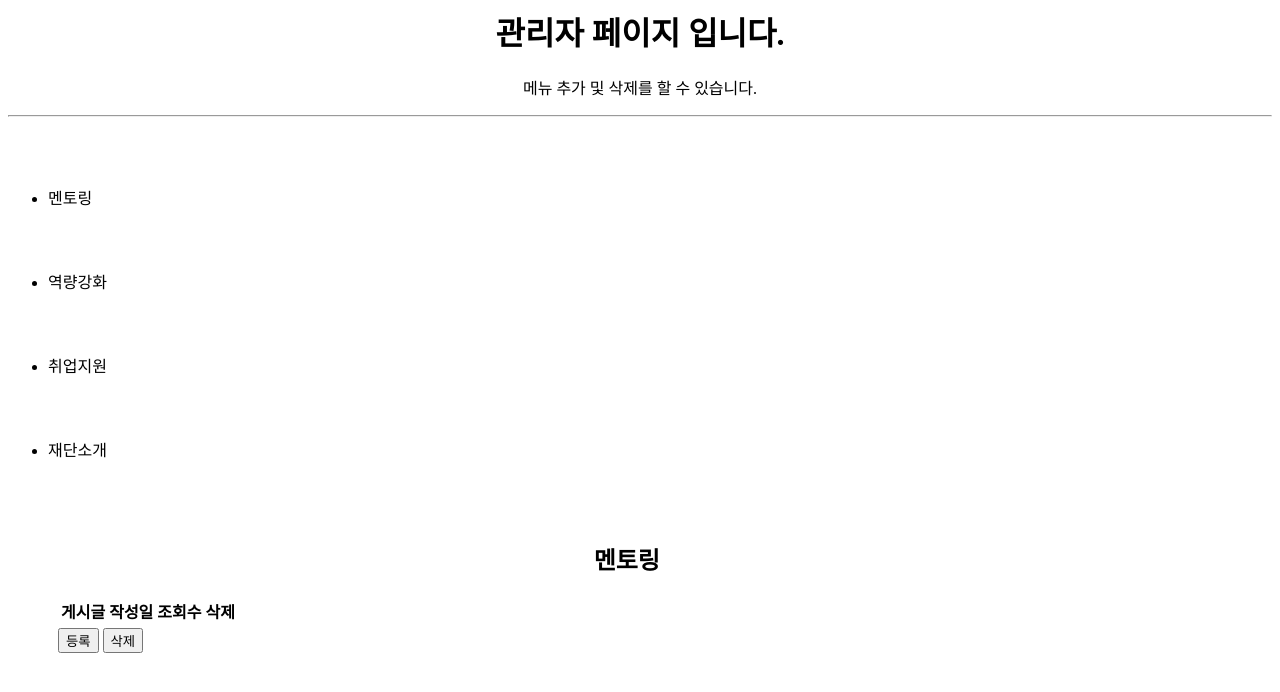
Repository: nywogud/promoPoli
Page: http://localhost/poli/WEB-INF/views/admin.jsp
An editor plug-in stored every save of this project. The page is shown before and after the next save, followed by the edit.
The browser window is 1280 px wide. The pictures show the whole page.
The page is served by Tomcat 9. Nobody is signed in. Other server files are loaded and not shown. The template is opened directly, without the code that normally fills it, so the values that code supplies are empty.

Above is the page before, as saved 2021-07-01 11:16:51.

### workspace/poli/src/main/webapp/WEB-INF/views/admin.jsp
<%@ page language="java" contentType="text/html; charset=UTF-8"
	pageEncoding="UTF-8"%>
<%@ taglib uri="http://java.sun.com/jsp/jstl/core" prefix="c"%>
<%@ page session="false"%>
<html>
<head>
<title>admin</title>
<script
	src="https://cdnjs.cloudflare.com/ajax/libs/jquery/3.3.1/jquery.min.js"></script>
<script>
	function adMento(postNum) {
		$.ajax({
			type : 'POST',
			url : '/adMento',
			success : function(result) {

				$("#convertAdPage").empty();
				$("#convertAdPage").append(result);
			},
			error : function(request, status, error) {

				alert("code:" + request.status + "\n" + "message:"
						+ request.responseText + "\n" + "error:" + error);
			}
		})
	}

	function adEmpower(postNum) {
		$.ajax({
			type : 'POST',
			url : '/adEmpower',
			success : function(result) {

				$("#convertAdPage").empty();
				$("#convertAdPage").append(result);
			},
			error : function(request, status, error) {

				alert("code:" + request.status + "\n" + "message:"
						+ request.responseText + "\n" + "error:" + error);
			}
		})
	}

	function adSupport(postNum) {
		$.ajax({
			type : 'POST',
			url : '/adSupport',
			success : function(result) {

				$("#convertAdPage").empty();
				$("#convertAdPage").append(result);
			},
			error : function(request, status, error) {

				alert("code:" + request.status + "\n" + "message:"
						+ request.responseText + "\n" + "error:" + error);
			}
		})
	}

	function adIntro(postNum) {
		$.ajax({
			type : 'POST',
			url : '/adIntro',
			success : function(result) {

				$("#convertAdPage").empty();
				$("#convertAdPage").append(result);
			},
			error : function(request, status, error) {

				alert("code:" + request.status + "\n" + "message:"
						+ request.responseText + "\n" + "error:" + error);
			}
		})
	}
</script>
<style>
ul.adUl>li>a {
	text-decoration: none;
	list-style: none;
	color: black;
}

ul.adUl>li {
	margin-top: 60px;
	margin-bottom: 60px;
}
</style>
</head>
<body>
	<div>
		<h1 style="text-align: center;">관리자 페이지 입니다.</h1>
		<p style="text-align: center;">메뉴 추가 및 삭제를 할 수 있습니다.</p>
	</div>
	<hr>
	<div>
		<span style="float: left;">
			<ul class="adUl">
				<li><a href="javascript:;" onclick="adMento();">멘토링</a></li>
				<li><a href="javascript:;" onclick="adEmpower();">역량강화</a></li>
				<li><a href="javascript:;" onclick="adSupport();">취업지원</a></li>
				<li><a href="javascript:;" onclick="adIntro();">재단소개</a></li>
			</ul>
		</span> <span style="float: left; padding-left: 50px; width: 90%;"
			id="convertAdPage">
			<h2 style="text-align: center;">멘토링</h2>
			<table>
				<th>게시글</th>
				<th>작성일</th>
				<th>조회수</th>
				<th>삭제</th>
				<tr>
					<form>
						<c:forEach var="post" items="${mento}">
							<td style="width: 50%;">${post.title}</td>
							<td style="width: 20%;">${post.regDate}</td>
							<td style="width: 20%;">${post.views}</td>
							<td style="width: 10%;"><label>삭제</label><input type="checkbox" name="deletePostNum" value="${post.postNum}"></td>
						</c:forEach>
				</tr>
			</table>
			<button onclick="" value="submit">등록</button>
			<!--모달창으로-->
			<button type="submit" value="submit">삭제</button>
			<!--삭제 ajax로-->
			</form>
		</span>
	</div>
</body>
</html>

After the next save:
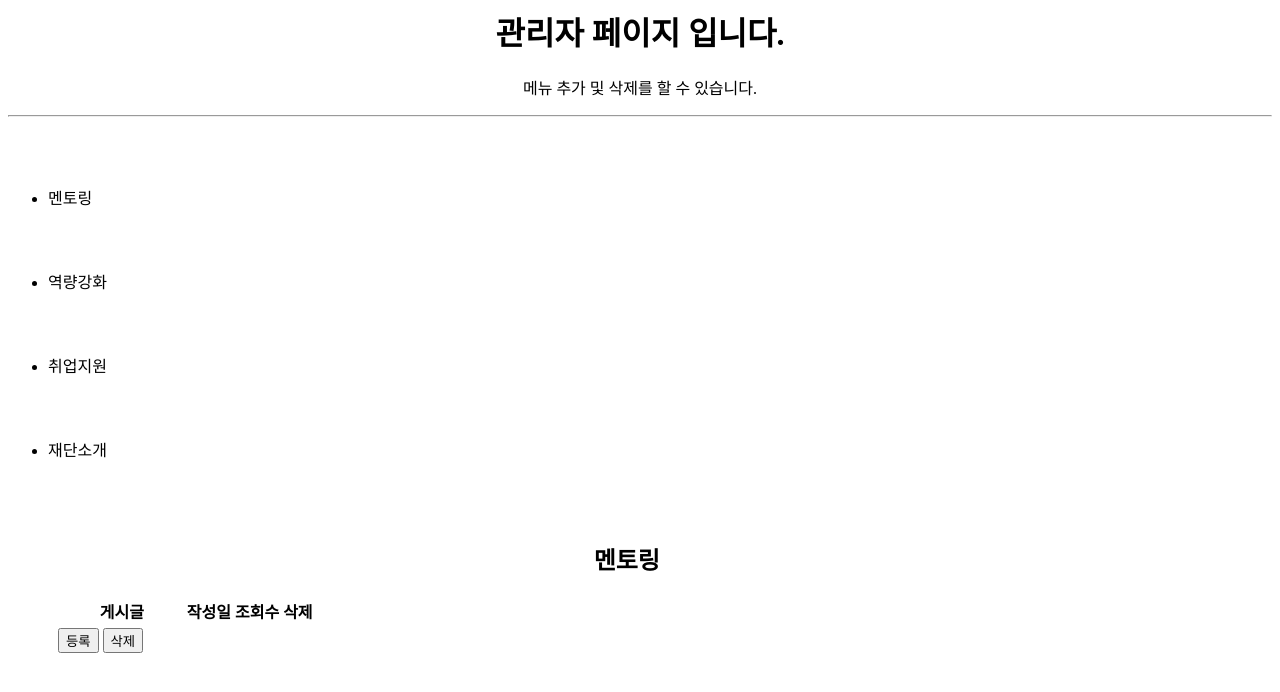
Saved 30 s later.
--- a/workspace/poli/src/main/webapp/WEB-INF/views/admin.jsp
+++ b/workspace/poli/src/main/webapp/WEB-INF/views/admin.jsp
@@ -107,7 +107,7 @@ ul.adUl>li {
 			id="convertAdPage">
 			<h2 style="text-align: center;">멘토링</h2>
 			<table>
-				<th>게시글</th>
+				<th style="width: 50%;">게시글</th>
 				<th>작성일</th>
 				<th>조회수</th>
 				<th>삭제</th>
